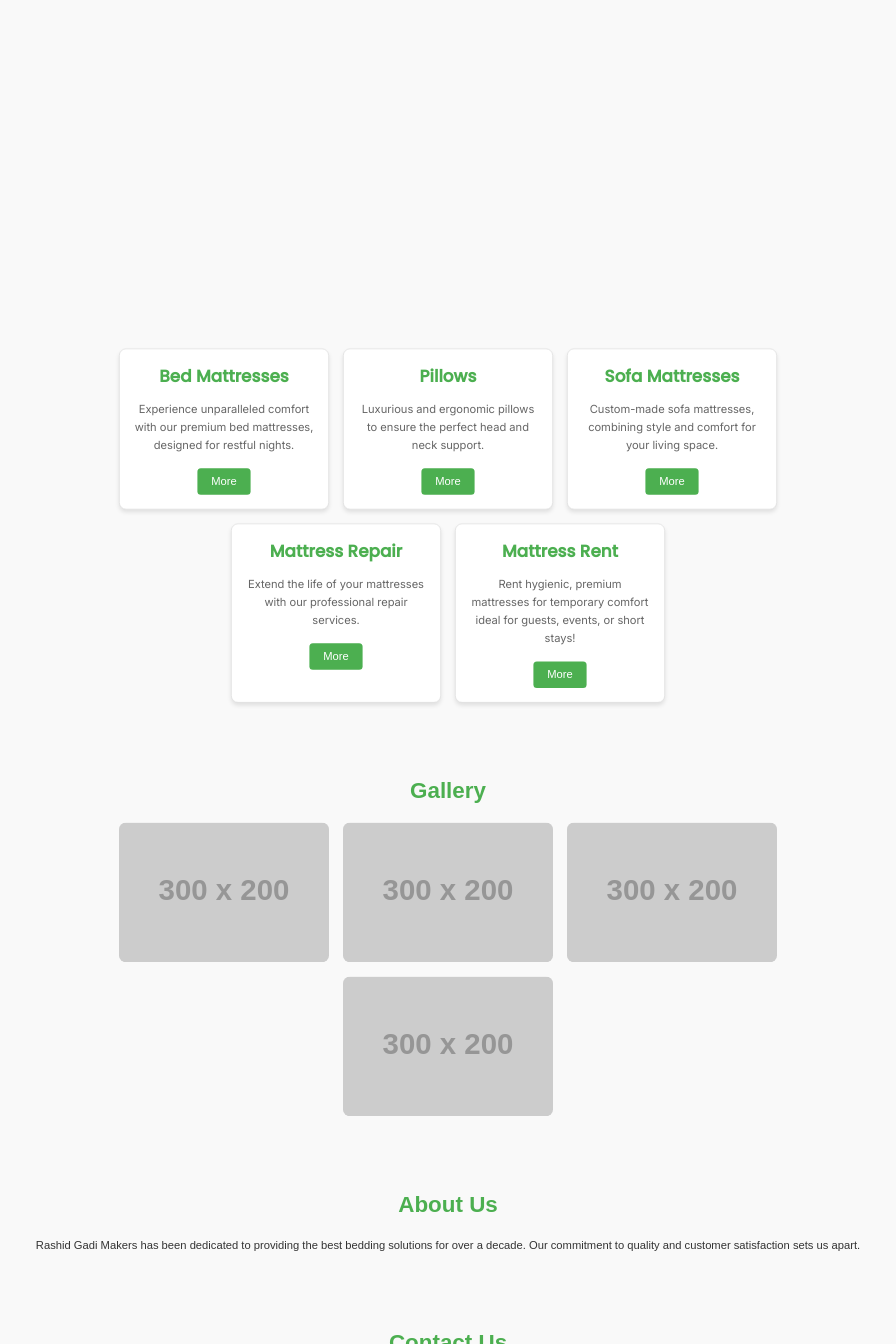
Repository: nadafgroup/rashidgadiUI
Page: src/home.html
The author's editor kept a copy of each file at every save. The page is drawn from the files as they stood at one save, then again after the next save.
The browser window is 1280 px wide. The pictures show the part of the page from y = 837 to 2757 px (the page is 2992 px tall before and 2744 px after), at 70% of full size.

Above is the page before, as saved 2025-01-23 11:39:37.

After the next save:
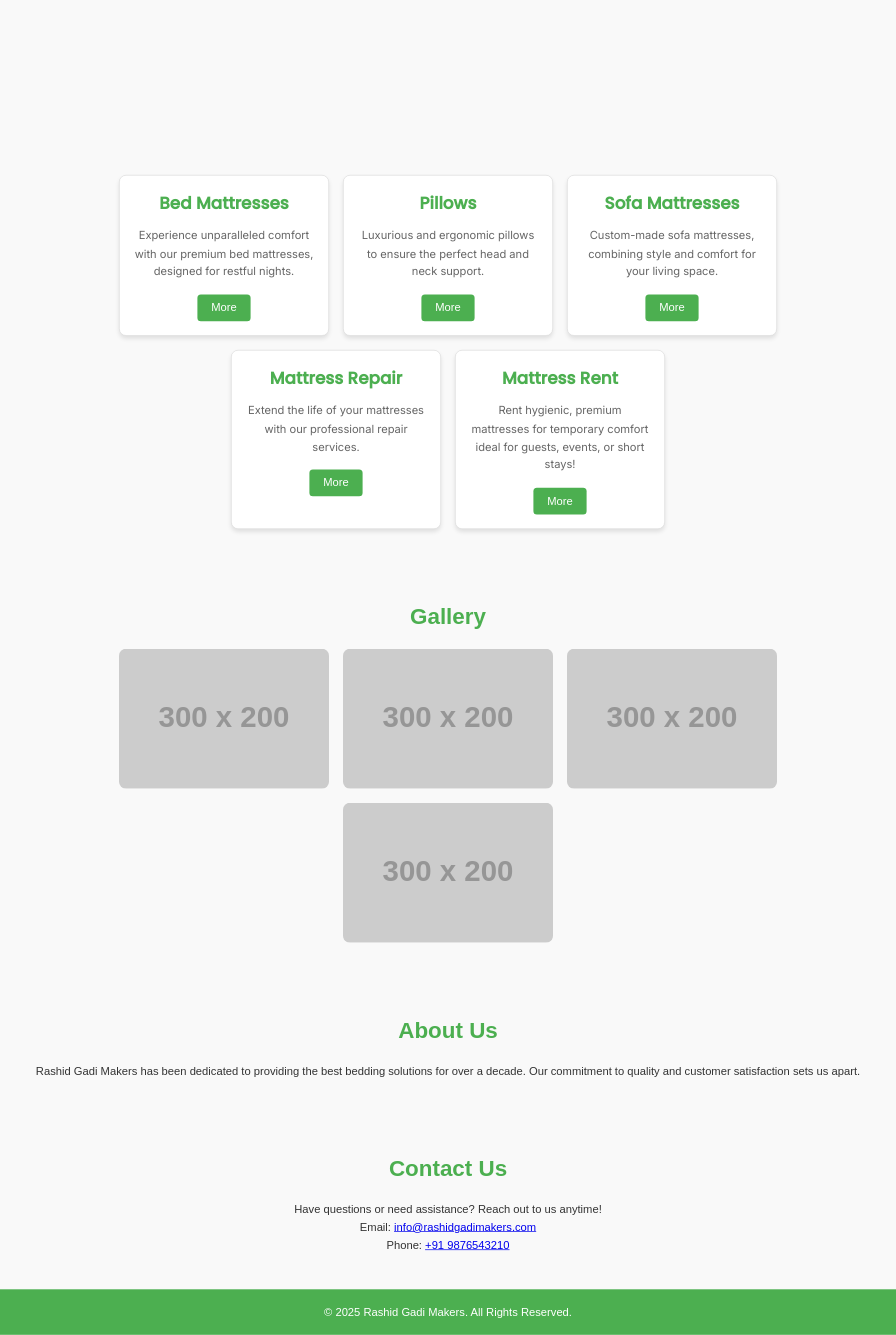
Saved 11 s later.
--- a/src/home.css
+++ b/src/home.css
@@ -131,7 +131,7 @@ body {
     flex-wrap: wrap;
     justify-content: center;
     gap: 20px;
-    margin-top: 50%;
+    margin-top: 30%;
 
 }
 
